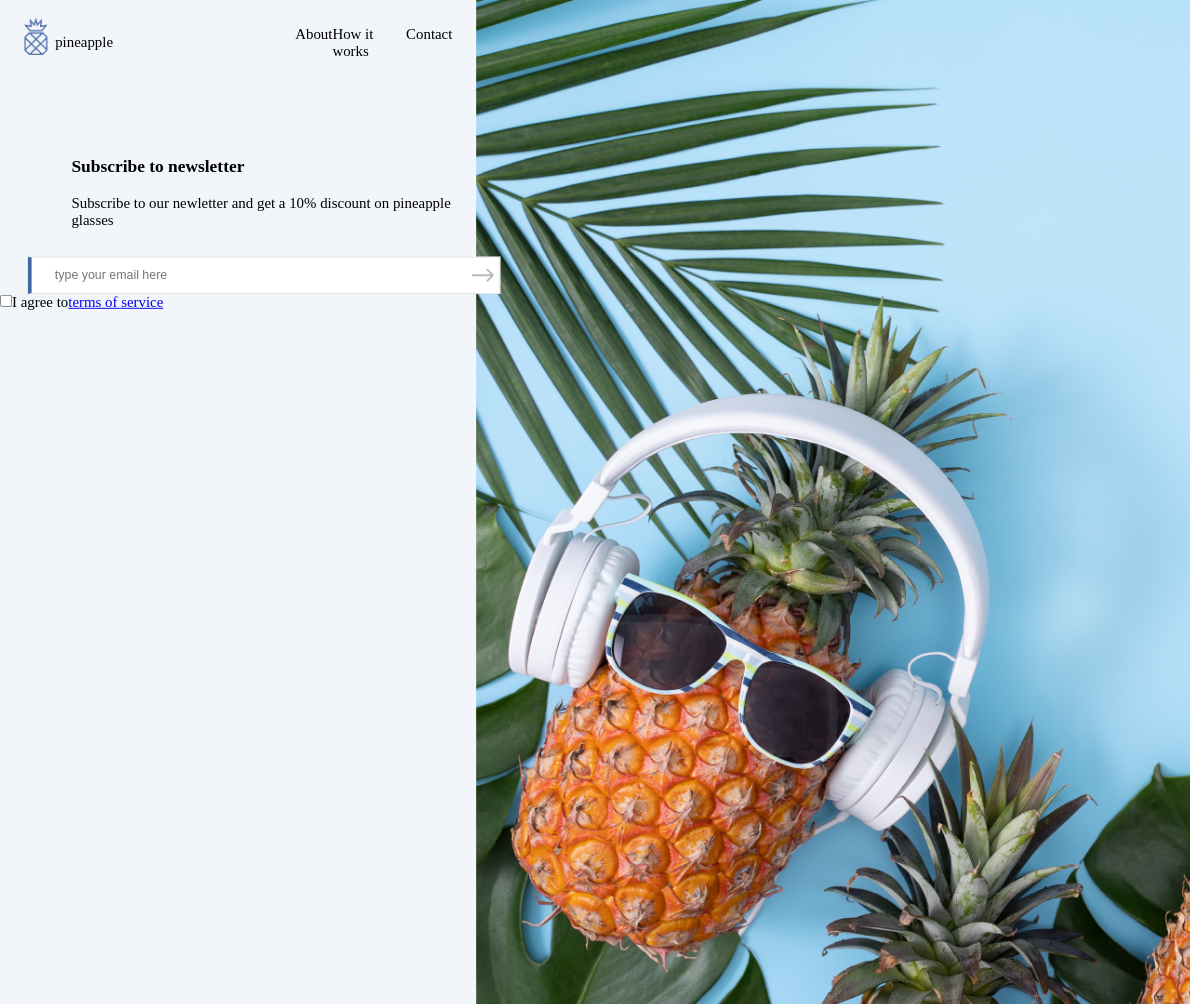
Repository: PaulsBebris/megabit-task
Page: /
An editor plug-in stored every save of this project. The page is shown before and after the next save, followed by the edit.
The browser window is 1280 px wide. The pictures show the whole page, at 93% of full size.
The project was rebuilt for these pictures with package versions that can differ from the ones it lists, and the page was loaded fresh each time.

Above is the page before, as saved 2021-04-19 14:37:37.

### src/App.vue
<template>
  <div id="app">
    <!-- <div id="nav">
      <router-link to="/">Home</router-link> |
      <router-link to="/about">About</router-link>
    </div> -->
    <router-view/>
  </div>
</template>

<style lang="scss">
// normalize
* {
  padding: 0;
  margin: 0;
  box-sizing: border-box;
}
#app {
  // font-family: Avenir, Helvetica, Arial, sans-serif;
  // -webkit-font-smoothing: antialiased;
  // -moz-osx-font-smoothing: grayscale;
  // text-align: center;
  // color: #2c3e50;
  overflow: hidden;
}

// #nav {
//   padding: 30px;

//   a {
//     font-weight: bold;
//     color: #2c3e50;

//     &.router-link-exact-active {
//       color: #42b983;
//     }
//   }
// }
</style>

### src/router/index.js
import Vue from 'vue'
import VueRouter from 'vue-router'
import Home from '../views/Home.vue'

Vue.use(VueRouter)

const routes = [
  {
    path: '/',
    name: 'Home',
    component: Home
  }
]

const router = new VueRouter({
  routes
})

export default router

// {
// path: '/about',
// name: 'About',
// route level code-splitting
// this generates a separate chunk (about.[hash].js) for this route
// which is lazy-loaded when the route is visited.
// component: () => import(/* webpackChunkName: "about" */ '../views/About.vue')
// }

### src/views/Home.vue
<template>
  <div class="home">
    <div class="page-content-wrapper">
      <div class="header-wrapper">
        <div class="logo">
          <img src="../assets/img/pineapple.png" alt="pineapple">
          <span>pineapple</span>
        </div>
        <div class="main-menu">
          <div>About</div>
          <div>How it works</div>
          <div>Contact</div>
        </div>
      </div>
      <div class="content-wrapper">
        <h3>Subscribe to newsletter</h3>
        <p>Subscribe to our newletter and get a 10% discount on pineapple glasses</p>
      </div>
      <div class="subscribe-form-wrapper">
        <input type="text" placeholder="type your email here" @click="onSubscribe" v-model="email" >
        <div class="submit-button">
          <span>
            <img src="../assets/img/ic_arrow.svg" alt="arrow">
          </span>
        </div>
      </div>
      <div class="terms-of-use">
        <input type="checkbox" name="agreedOnTerms" id="">I agree to<a href="#">terms of service</a>
      </div>
      <div class="social-wrapper"></div>
    </div>
    <div class="base-image">
      <img :src=sommer alt="">
    </div>
  </div>
</template>

<script>
import sommer from '@/assets/img/sommer.png'

export default {
  name: 'Home',
  components: {},
  data () {
    return {
      sommer,
      email: ''
    }
  },
  methods: {
    onSubscribe () {
      // axios send data
    }
  }
}
</script>

<style lang="scss" scoped>
@import "../assets/scss/defaults.scss";
.home {
  display: flex;
  // grid-template-columns: 3fr 1fr;
  // grid-template-rows: 100vh;
  width: 680px;
  height: 1080px;
  // color: $blue;
  // overflow: hidden;
}
.page-content-wrapper {
  width: 40vw;
  height: 1080px;
  background-color: $light-blue;
}
.base-image {
  width: 60vw;
}
.base-image img {
  max-height: 1080px;
}
.header-wrapper {
  display: flex;
  justify-content: space-between;
  margin: 5% 0 20% 0;
  align-items: center;
}
.logo {
  margin-left: 5%;
  display: flex;
  align-items: center;
}
.logo img {
  margin-right: 10%;
  position: relative;
  top: -7px;
}
.main-menu {
  margin-right: 5%;
  display: flex;
  justify-content: space-between;
  width: 33%;
}
.content-wrapper {
  padding-left: 15%;
}
.content-wrapper :first-child {
  margin-bottom: 20px;
}
.content-wrapper p {
  margin-bottom: 30px;
}
.subscribe-form-wrapper {
  display: flex;
  justify-content: right;
  width: 42vw;
}
.subscribe-form-wrapper input {
  border: none;
  border-left: 4px solid $blue;
  padding-left: 25px;
  margin-left: 30px;
  height: 40px;
  z-index: 2;
  width: 90%;
  border-top: 1px solid $light-grey;
  border-bottom: 1px solid $light-grey;
}
.submit-button {
  z-index: 2;
  width: 38px;
  background-color: #fff;
  border-top: 1px solid $light-grey;
  border-right: 1px solid $light-grey;
  border-bottom: 1px solid $light-grey;
  height: 40px;
}
.submit-button {
  display: flex;
  justify-content: center;
  align-items: center;
}
.submit-button span {
  margin-top: 5px;
}
// mobile
@media screen and (max-width: 1024px) {
  .base-image {
    display: none;
  }
  .page-content-wrapper {
    width: 100vw;
    background-image: url('../assets/img/sommer.png');
    background-repeat: no-repeat;
    background-position: center;
    background-attachment: fixed;
    background-size: cover;
    max-height: 746px;
  }
}
</style>

### src/assets/scss/_defaults.scss
$blue: #4066A5;
$black: #131821;
$grey: #6A707B;
$light-grey: #E3E3E4;
$light-blue: #F2F5FA;

Loaded but not shown: public/index.html (common file); src/main.js (common file); src/store/index.js (common file)

After the next save:
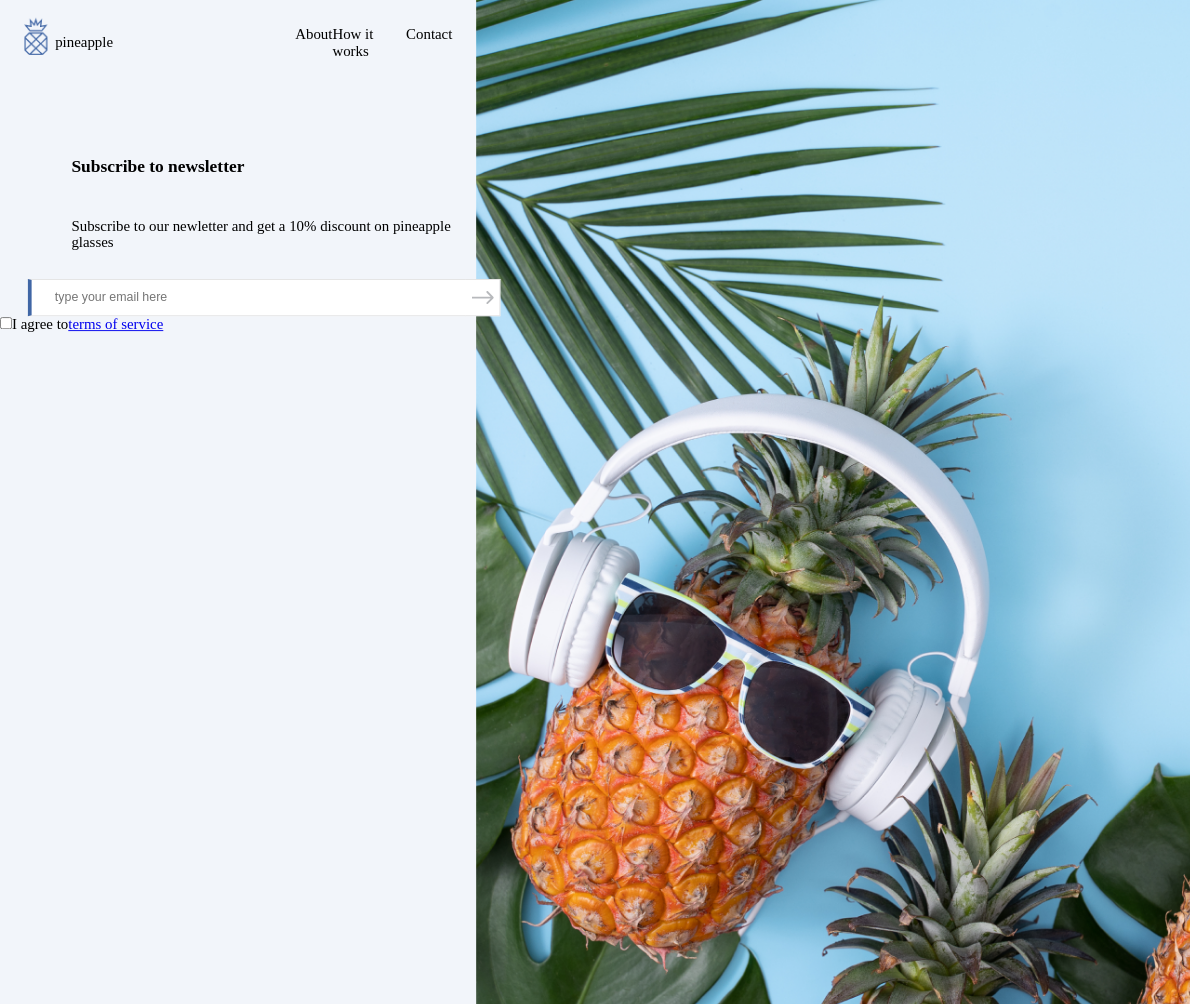
Saved 37 s later.
--- a/src/views/Home.vue
+++ b/src/views/Home.vue
@@ -103,7 +103,7 @@ export default {
   padding-left: 15%;
 }
 .content-wrapper :first-child {
-  margin-bottom: 20px;
+  margin-bottom: 10%;
 }
 .content-wrapper p {
   margin-bottom: 30px;
